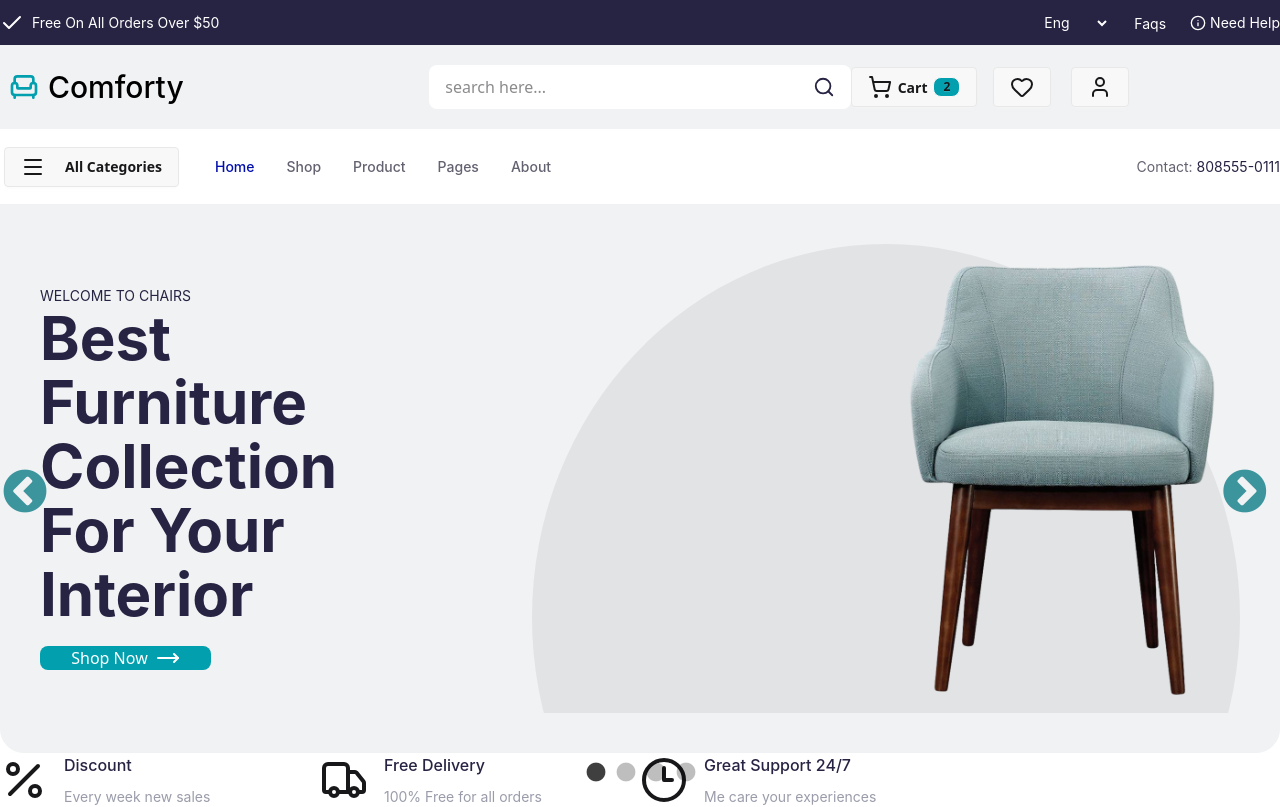
Repository: Neda0o0/store-template-website
Page: /
The author's editor kept a copy of each file at every save. The page is drawn from the files as they stood at one save, then again after the next save.
The browser window is 1280 px wide. The pictures show the whole page.
The project was rebuilt for these pictures with package versions that can differ from the ones it lists, and the page was loaded fresh each time. Also part of the build but not shown: vite.config.js, src/Pages/Auth/Auth.jsx, src/Pages/Auth/Login/Login.jsx, src/Pages/Auth/Register/Register.jsx, src/Pages/Error/Error.jsx, src/AuthCheck/AuthCheck.jsx.

Above is the page before, as saved 2025-10-25 10:23:11.

After the next save:
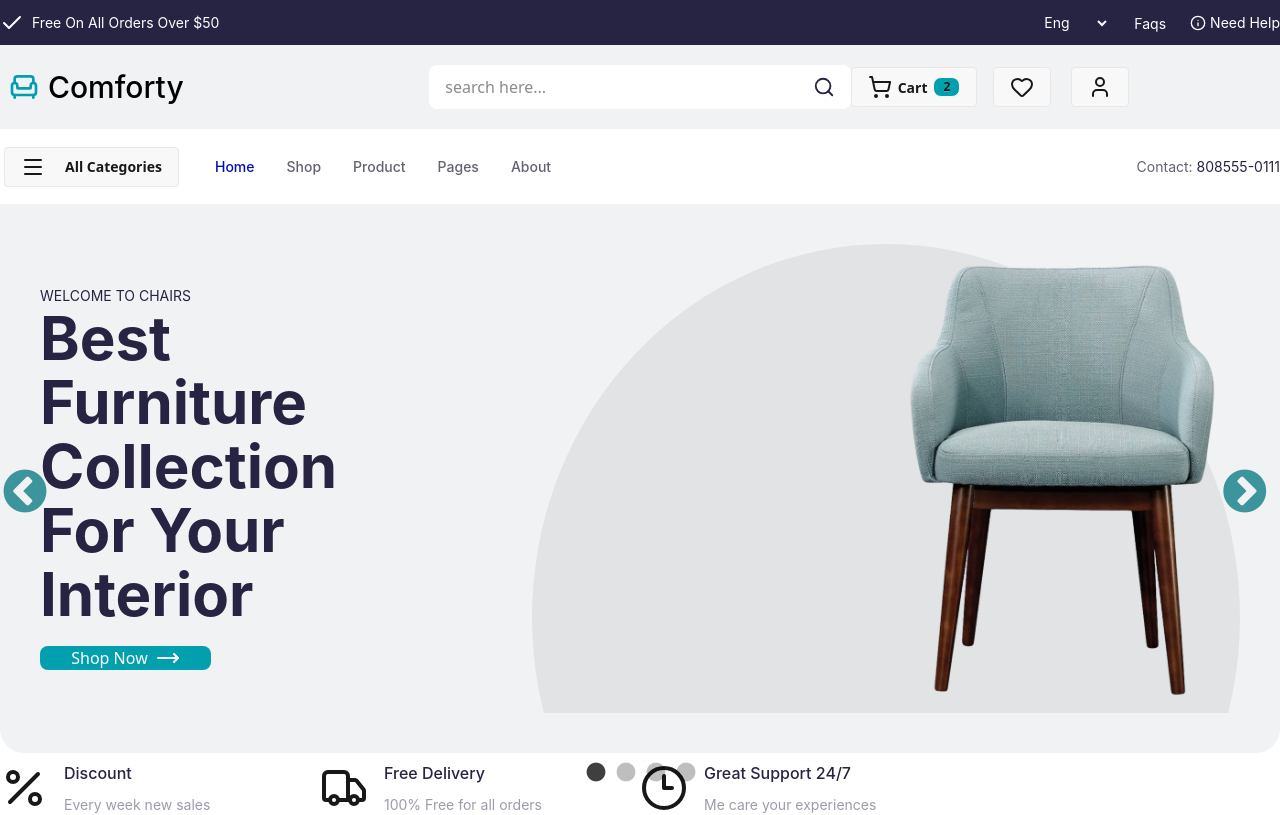
Saved 31 s later.
--- a/src/components/Delivery/Delivery.jsx
+++ b/src/components/Delivery/Delivery.jsx
@@ -2,7 +2,7 @@ import { Percent, Truck, Clock3 } from "lucide-react";
 
 const Delivery = () => {
   return (
-    <div className="lg:container mx-auto">
+    <div className="lg:container mx-auto mt-2">
       <div className="grid grid-cols-4">
         <div className="delivery_wrapper">
           <div className="flex items-center gap-4">

After the save that followed:
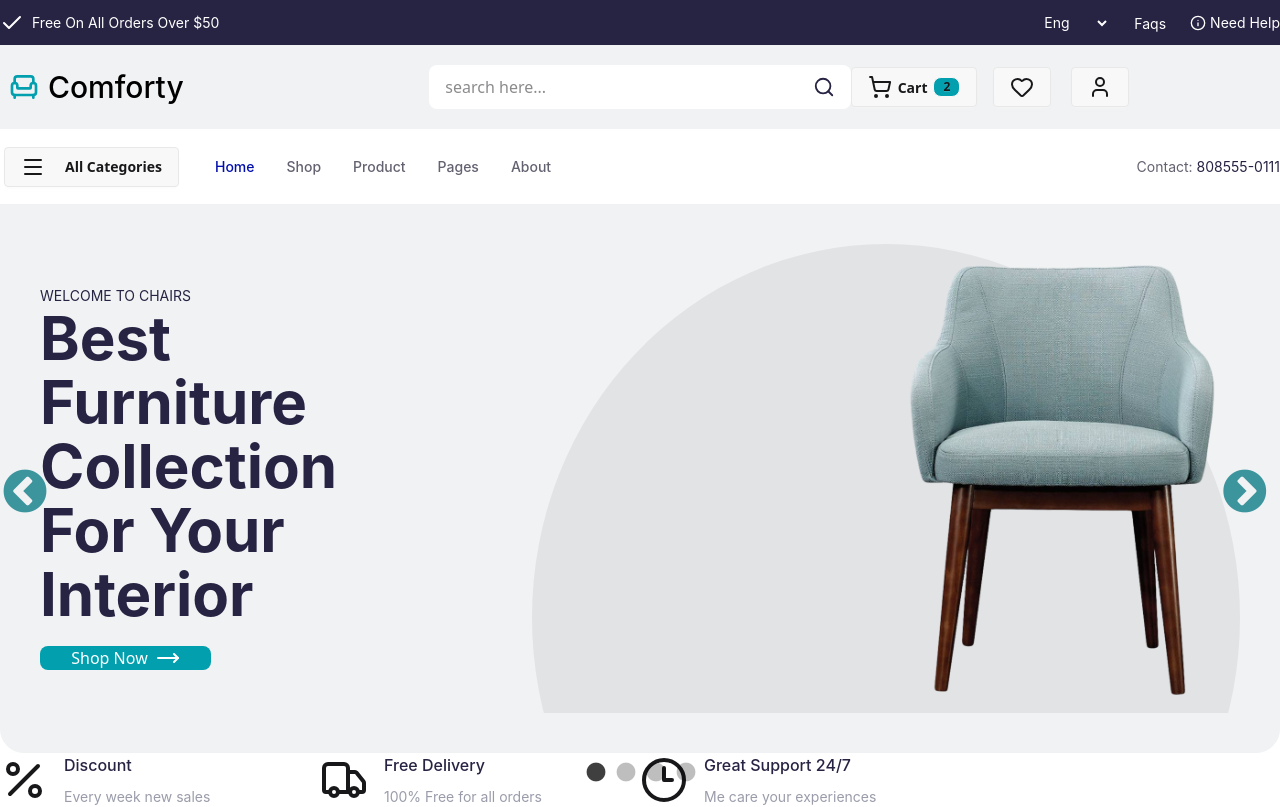
Saved 23 s later.
--- a/src/components/Delivery/Delivery.jsx
+++ b/src/components/Delivery/Delivery.jsx
@@ -2,7 +2,7 @@ import { Percent, Truck, Clock3 } from "lucide-react";
 
 const Delivery = () => {
   return (
-    <div className="lg:container mx-auto mt-2">
+    <div className="lg:container mx-auto">
       <div className="grid grid-cols-4">
         <div className="delivery_wrapper">
           <div className="flex items-center gap-4">
